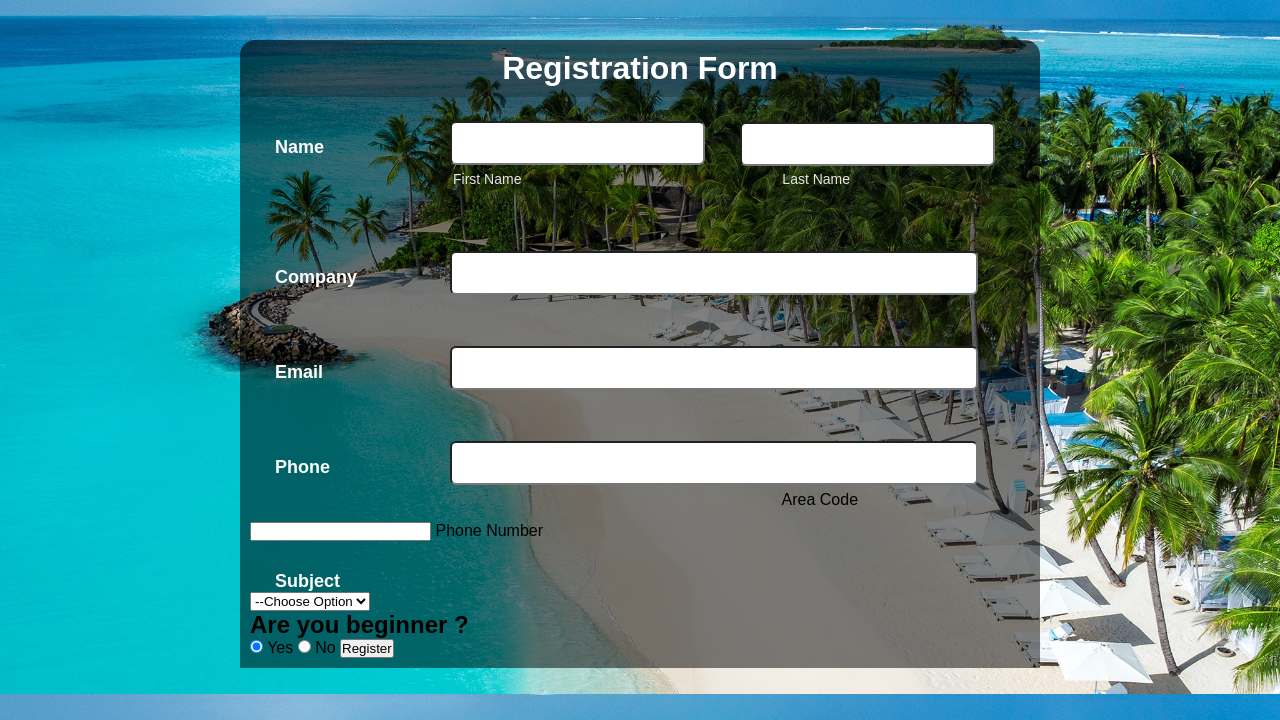
Repository: sudeepa88/Registration-Form
Page: registration.html
The author's editor kept a copy of each file at every save. The page is drawn from the files as they stood at one save, then again after the next save.
The browser window is 1280 px wide. The pictures show the whole page.

Above is the page before, as saved 2022-01-11 23:33:37.

After the next save:
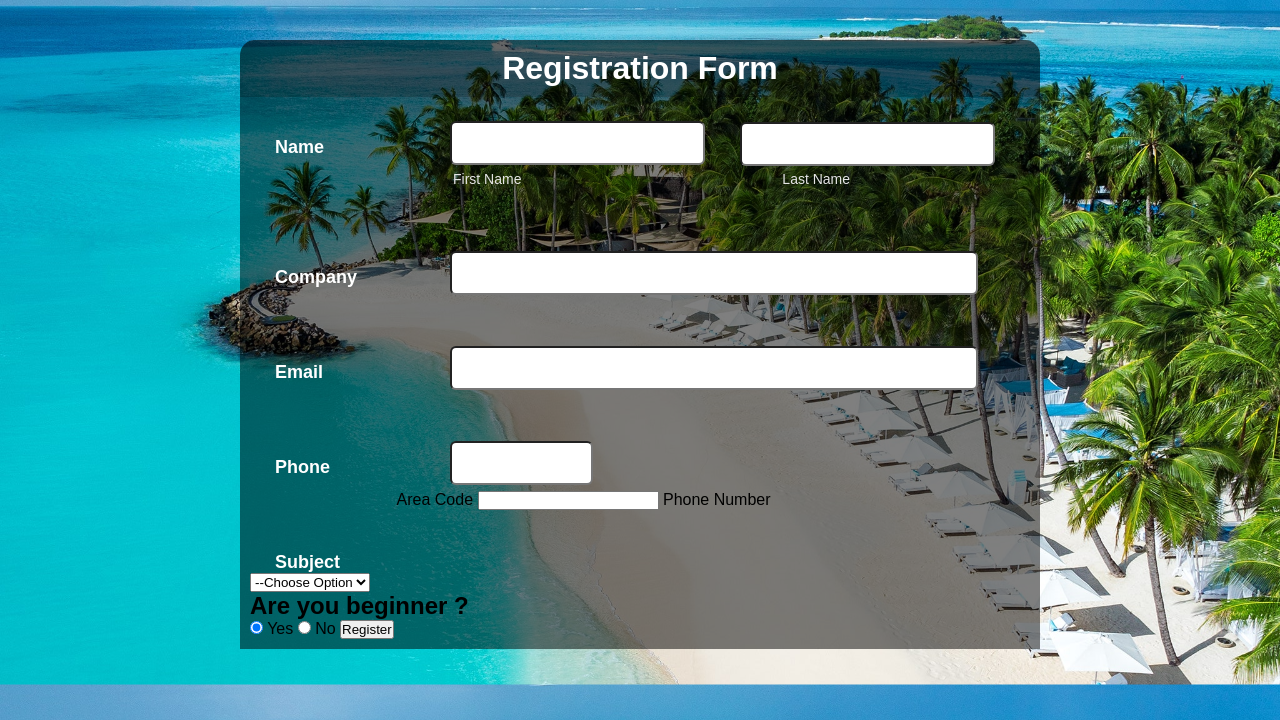
Saved 18 s later.
--- a/registration.html
+++ b/registration.html
@@ -112,7 +112,7 @@
        left: 200px;
        top:-37px;
        line-height: 40px;
-       width: 480px;
+       width: 95px;
        border-radius: 6px;
        padding: 0 22px;
        font-size: 16px;
